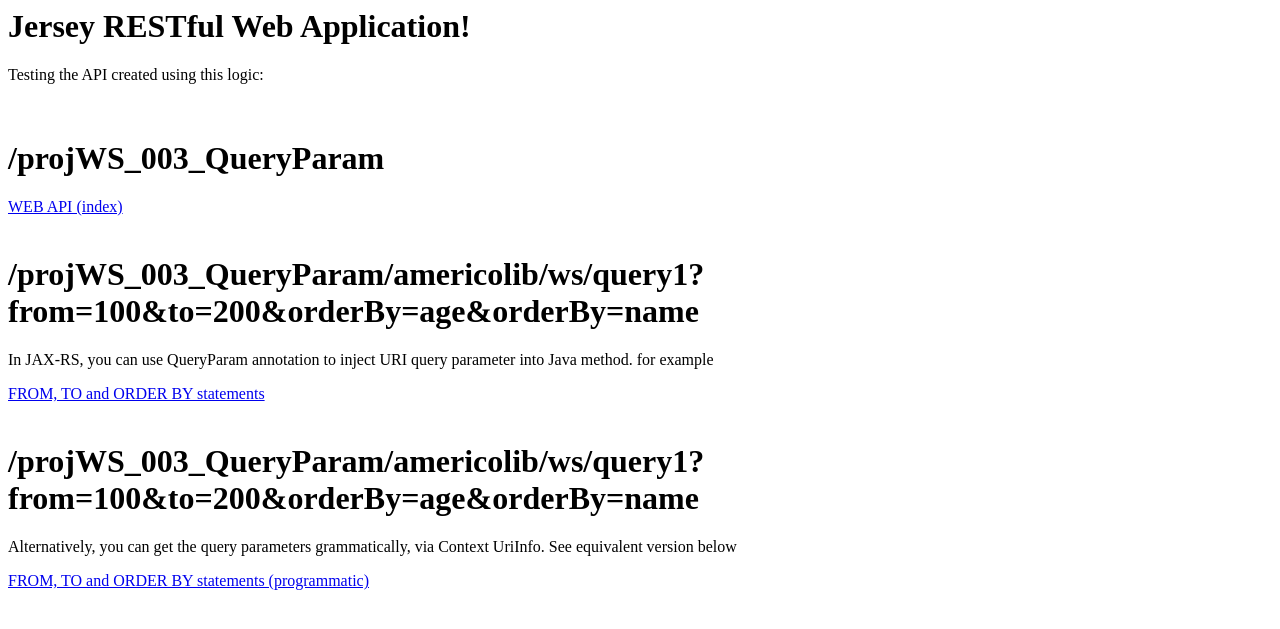
Repository: atafs/BackEnd_JAX-RS_REST_2continue
Page: http://localhost/projWS_003_QueryParam/
The author's editor kept a copy of each file at every save. The page is drawn from the files as they stood at one save, then again after the next save.
The browser window is 1280 px wide. The pictures show the whole page.
The page is served by Tomcat 9. Other server files are loaded and not shown.

Above is the page before, as saved 2016-05-02 10:06:50.

### projWS_003_QueryParam/src/main/webapp/index.jsp
<html>
<body>
    <!-- TITLE -->
	<h1>Jersey RESTful Web Application!</h1>


	<!-- IMAGE -->
	<p>Testing the API created using this logic:</p><br/>

	<!-- LINKS -->
	<h1>/projWS_003_QueryParam</h1>
	<a href="http://localhost:8085/projWS_003_QueryParam/">WEB API (index)</a><br/><br/>

	<h1>/projWS_003_QueryParam/americolib/ws/query1?from=100&to=200&orderBy=age&orderBy=name</h1>
	<p>In JAX-RS, you can use QueryParam annotation to inject URI query parameter into Java method. for example</p>
	<a href="http://localhost:8085/projWS_003_QueryParam/americolib/ws/query1?from=100&to=200&orderBy=age&orderBy=name">FROM, TO and ORDER BY statements</a><br/><br/>

	<h1>/projWS_003_QueryParam/americolib/ws/query1?from=100&to=200&orderBy=age&orderBy=name</h1>
	<p>Alternatively, you can get the query parameters grammatically, via Context UriInfo. See equivalent version below</p>
	<a href="http://localhost:8085/projWS_003_QueryParam/americolib/ws/query2?from=100&to=200&orderBy=age&orderBy=name">FROM, TO and ORDER BY statements (programmatic)</a><br/><br/>




</body>
</html>

After the next save:
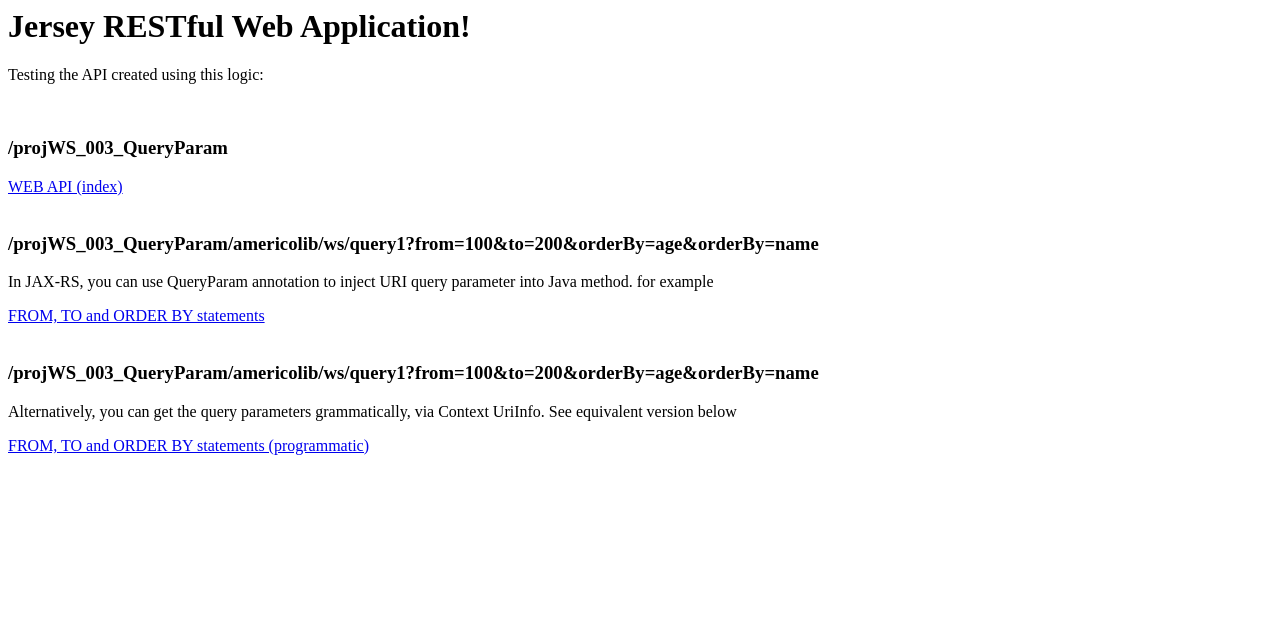
Saved 31 s later.
--- a/projWS_003_QueryParam/src/main/webapp/index.jsp
+++ b/projWS_003_QueryParam/src/main/webapp/index.jsp
@@ -8,14 +8,14 @@
 	<p>Testing the API created using this logic:</p><br/>
 
 	<!-- LINKS -->
-	<h1>/projWS_003_QueryParam</h1>
+	<h3>/projWS_003_QueryParam</h3>
 	<a href="http://localhost:8085/projWS_003_QueryParam/">WEB API (index)</a><br/><br/>
 
-	<h1>/projWS_003_QueryParam/americolib/ws/query1?from=100&to=200&orderBy=age&orderBy=name</h1>
+	<h3>/projWS_003_QueryParam/americolib/ws/query1?from=100&to=200&orderBy=age&orderBy=name</h3>
 	<p>In JAX-RS, you can use QueryParam annotation to inject URI query parameter into Java method. for example</p>
 	<a href="http://localhost:8085/projWS_003_QueryParam/americolib/ws/query1?from=100&to=200&orderBy=age&orderBy=name">FROM, TO and ORDER BY statements</a><br/><br/>
 
-	<h1>/projWS_003_QueryParam/americolib/ws/query1?from=100&to=200&orderBy=age&orderBy=name</h1>
+	<h3>/projWS_003_QueryParam/americolib/ws/query1?from=100&to=200&orderBy=age&orderBy=name</h3>
 	<p>Alternatively, you can get the query parameters grammatically, via Context UriInfo. See equivalent version below</p>
 	<a href="http://localhost:8085/projWS_003_QueryParam/americolib/ws/query2?from=100&to=200&orderBy=age&orderBy=name">FROM, TO and ORDER BY statements (programmatic)</a><br/><br/>
 
